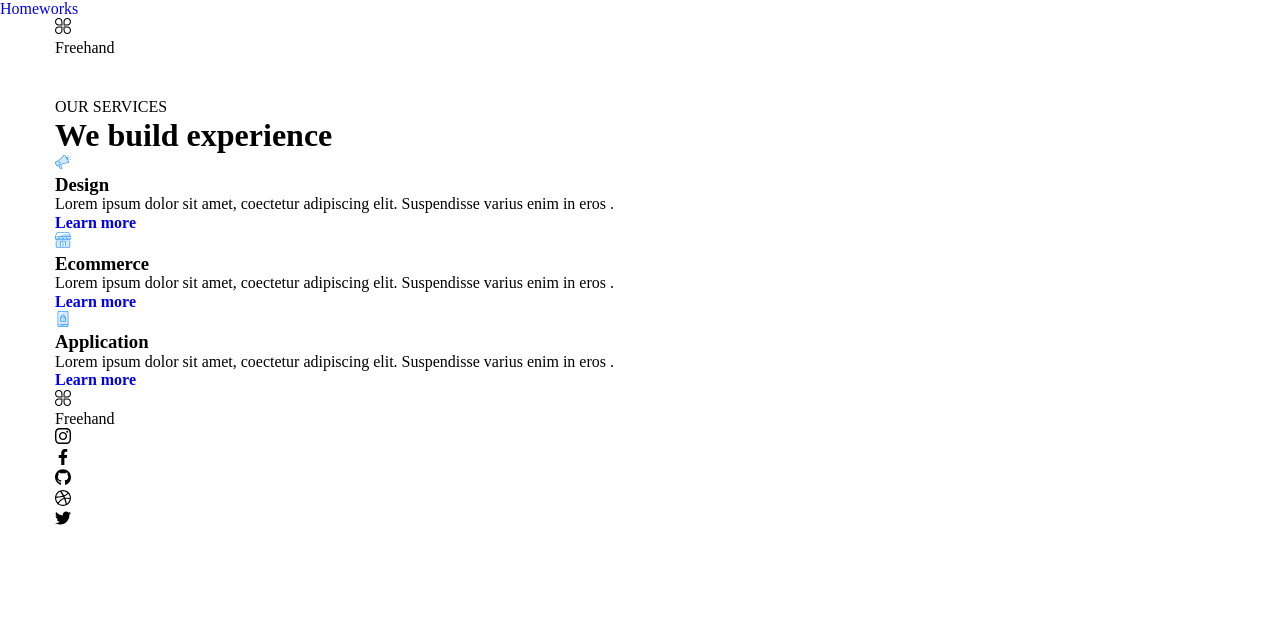
Repository: Tsiniavska/beetroot-test-project
Page: Homeworks/svg/index.html
These files come from the project's save history. The page is drawn as it stood at one moment and after the next save; the edit follows.
The browser window is 1280 px wide. The pictures show the whole page.
Some web fonts or font styles are not loaded; a fallback is used.

Above is the page before, as saved 2024-02-28 18:45:20.

After the next save:
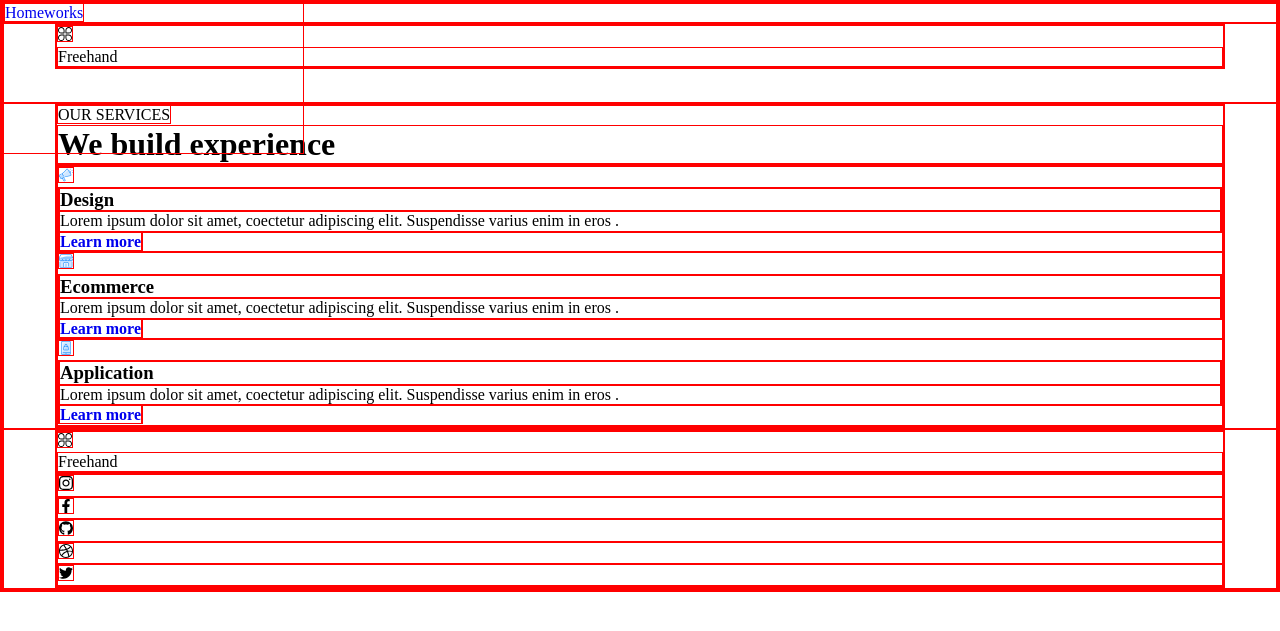
Saved 7 s later.
--- a/styles/main.css
+++ b/styles/main.css
@@ -1,7 +1,7 @@
 /* Global */
 * {
   /* TODO removed */
-  /* border: 1px solid red; */
+  border: 1px solid red;
   box-sizing: border-box;
   padding: 0;
   margin: 0;
